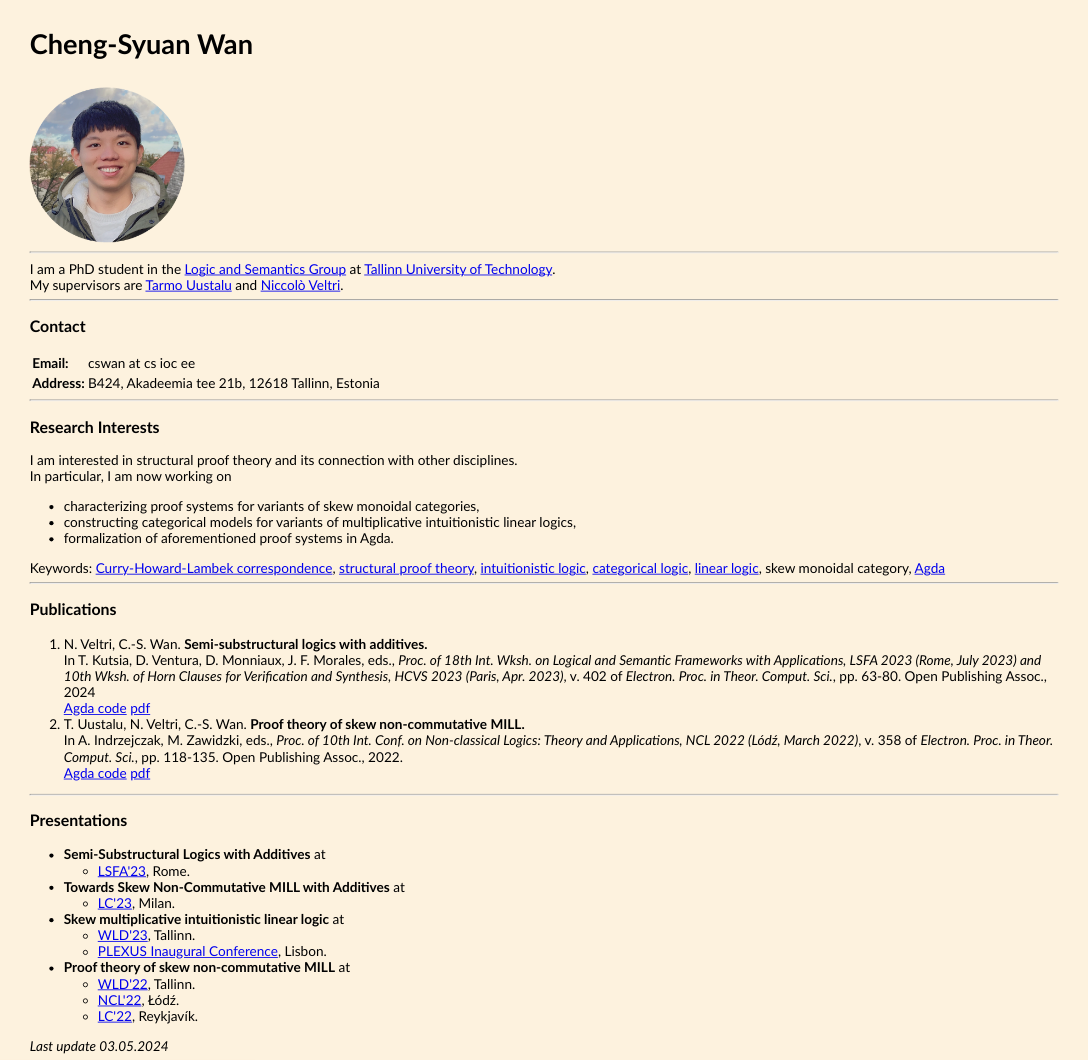
Repository: cswphilo/cswphilo.github.io
Page: index.html
An editor plug-in stored every save of this project. The page is shown before and after the next save, followed by the edit.
The browser window is 1280 px wide. The pictures show the whole page, at 85% of full size.

Above is the page before, as saved 2024-05-03 09:23:28.

After the next save:
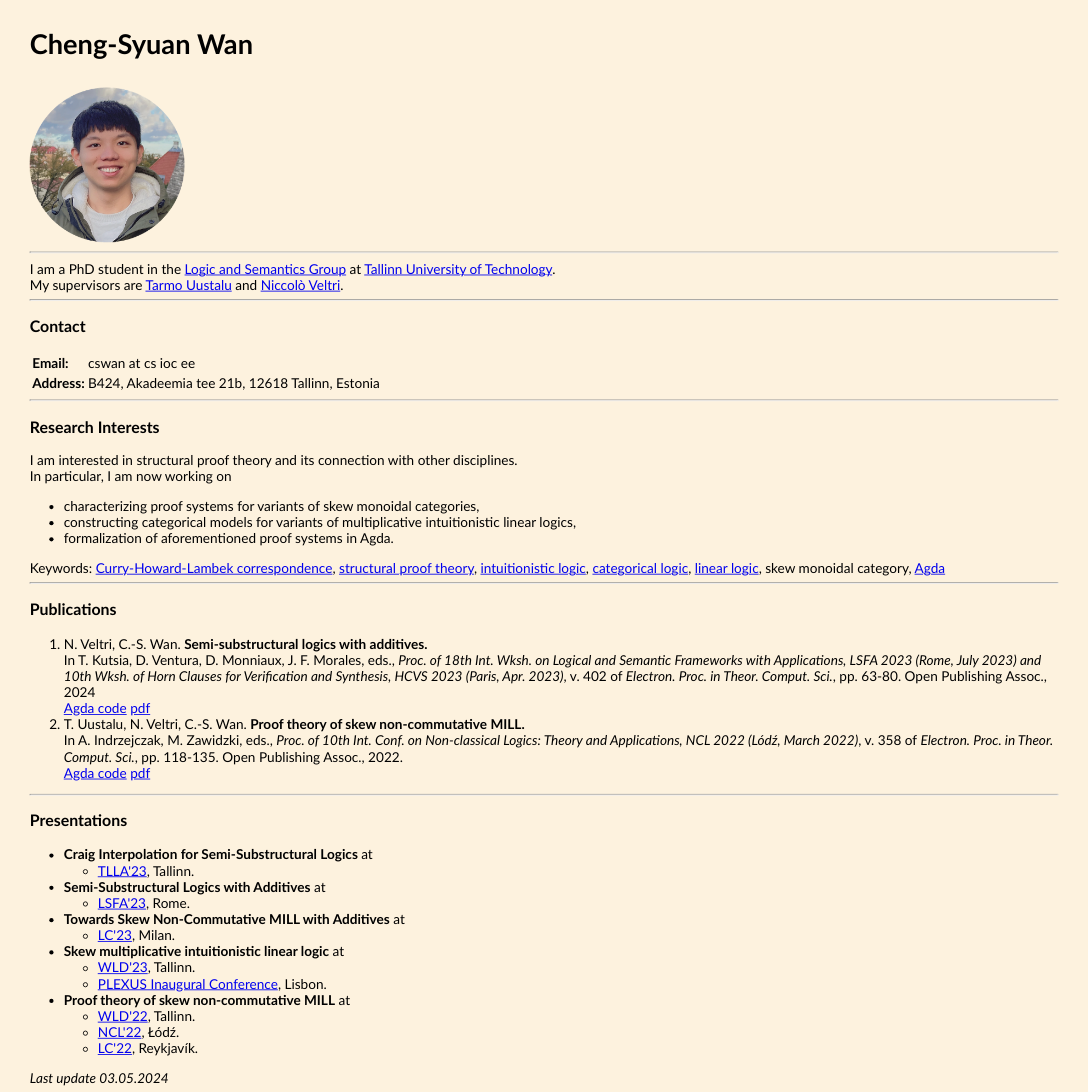
Saved 68 days later.
--- a/index.html
+++ b/index.html
@@ -77,6 +77,10 @@
     <div>
         <h3 id="presentations">Presentations</h3>
         <ul>
+           <li><b>Craig Interpolation for Semi-Substructural Logics </b> at
+                <ul>
+                    <li><a href="https://lipn.univ-paris13.fr/TLLA/2024/">TLLA'23</a>, Tallinn. </li>
+                </ul>
            <li><b>Semi-Substructural Logics with Additives</b> at
                 <ul>
                     <li><a href="https://sites.google.com/ufg.br/lsfa2023/">LSFA'23</a>, Rome. </li>
